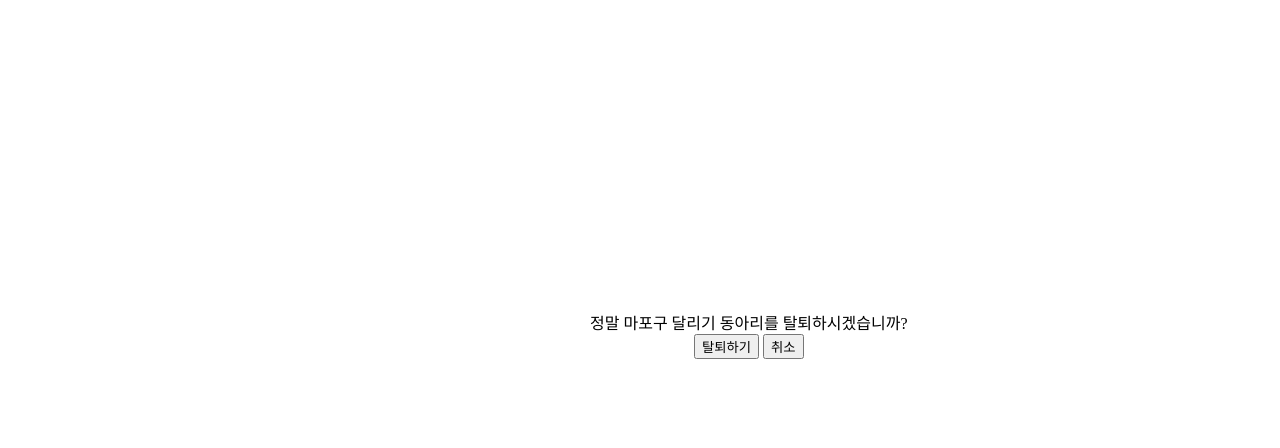
Repository: hyodii/FinalProject
Page: http://localhost/ViewPage/beeDrop.jsp
The author's editor kept a copy of each file at every save. The page is drawn from the files as they stood at one save, then again after the next save.
The browser window is 1280 px wide. The pictures show the whole page.
The page is served by Tomcat 9.

Above is the page before, as saved 2021-12-11 14:09:25.

### ViewPage/WebContent/beeDrop.jsp
<%@ page contentType="text/html; charset=UTF-8"%>
<%@ taglib prefix="c" uri="http://java.sun.com/jsp/jstl/core"%>
<%
   request.setCharacterEncoding("UTF-8");
   String cp = request.getContextPath();
%>
<!DOCTYPE html>
<html>
<head>
<meta charset="UTF-8">
<title>beeDrop.jsp</title>
<style type="text/css">
.drop
{
  position:absolute;
  top:50%;
  left:50%;
  margin:-50px 0 0 -50px;
  text-align: center;
}
</style>

</head>
<body>
<!--
	beeDrop.jsp
	- 동아리 탈퇴하기 페이지
-->

<div class="drop">
	<form action="">
	<div>
		정말 마포구 달리기 동아리를 탈퇴하시겠습니까?
	</div>

	<div>
		<input type="button" value="탈퇴하기" class="btn2"
        onclick="sendIt()"/>
        <input type="button" value="취소" class="btn2"
        onclick="javascript:location.href='<%=cp%>/beeMain.jsp'"/>
	</div>

	</form>
</div>

</body>
</html>

After the next save:
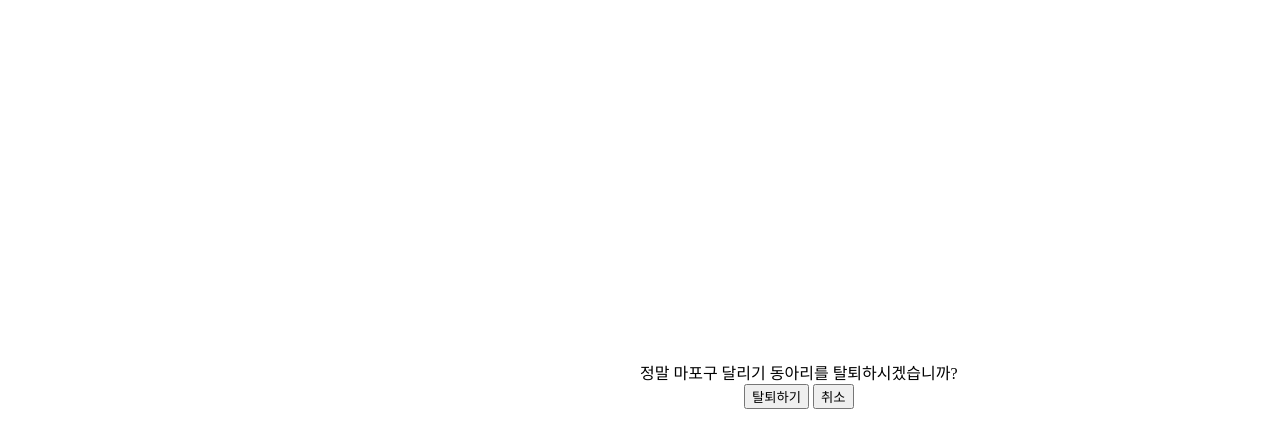
Saved 16 s later.
--- a/ViewPage/WebContent/beeDrop.jsp
+++ b/ViewPage/WebContent/beeDrop.jsp
@@ -15,7 +15,6 @@
   position:absolute;
   top:50%;
   left:50%;
-  margin:-50px 0 0 -50px;
   text-align: center;
 }
 </style>

After the save that followed:
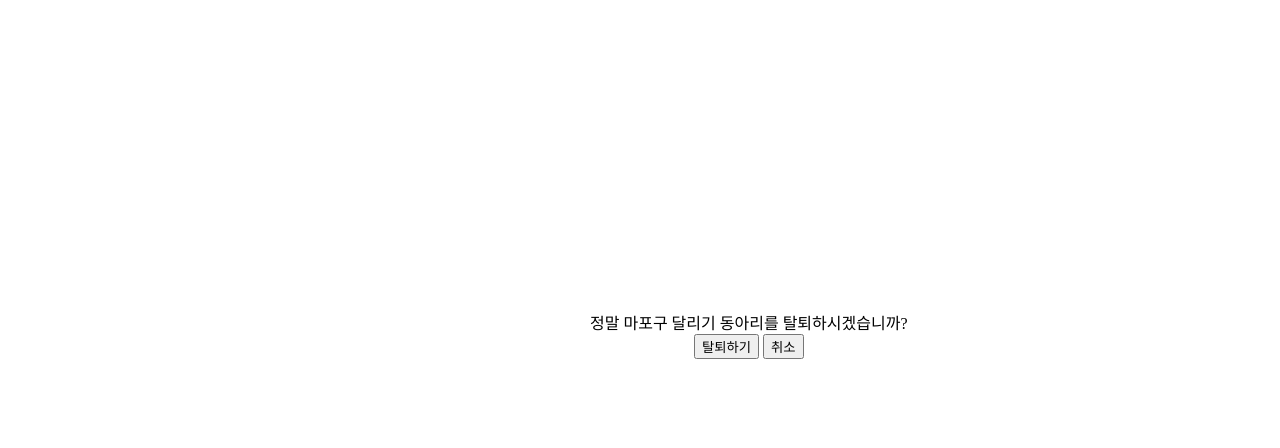
Saved 11 s later.
--- a/ViewPage/WebContent/beeDrop.jsp
+++ b/ViewPage/WebContent/beeDrop.jsp
@@ -15,6 +15,7 @@
   position:absolute;
   top:50%;
   left:50%;
+  margin:-50px 0 0 -50px;
   text-align: center;
 }
 </style>
